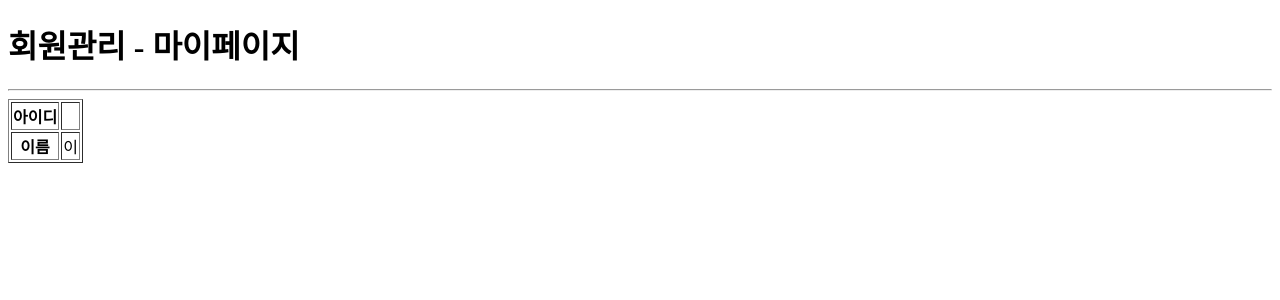
Repository: wona-owo/Spring
Page: http://localhost/00_spring/member/mypage.kh
These files come from the project's save history. The page is drawn as it stood at one moment and after the next save; the edit follows.
The browser window is 1280 px wide. The pictures show the whole page.
The page is served by Tomcat 9. Other server files are loaded and not shown.

Above is the page before, as saved 2024-12-03 05:20:26.

### 00_spring/src/main/webapp/WEB-INF/views/member/mypage.jsp
<%@ page language="java" contentType="text/html; charset=UTF-8"
    pageEncoding="UTF-8"%>
<!DOCTYPE html>
<html>
<head>
<meta charset="UTF-8">
<title>Insert title here</title>
</head>
<body>
	<h1>회원관리 - 마이페이지</h1>

	<hr>

	<table border="1">
		<tr>
			<th>아이디</th>
			<td>${sessionScope.loginMember.memberId}</td>
		</tr>
		<tr>
			<th>이름</th>
			<td>이${loginMember.memberName}</td>
		</tr>
	</table>
</body>
</html>

After the next save:
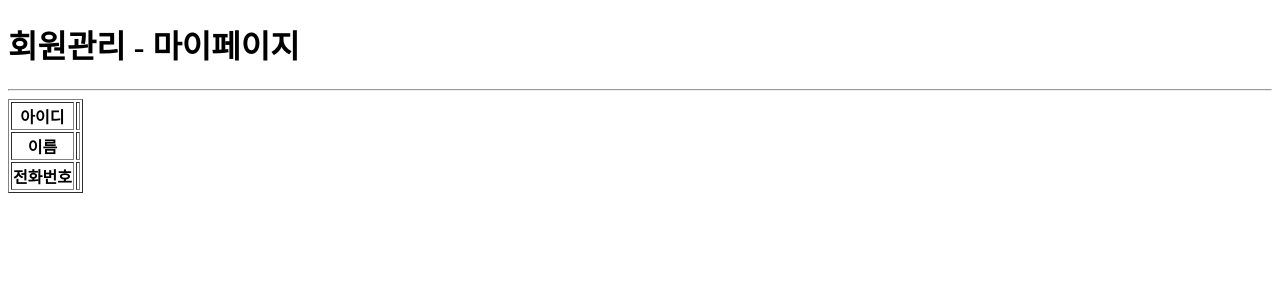
Saved 47 s later.
--- a/00_spring/src/main/webapp/WEB-INF/views/member/mypage.jsp
+++ b/00_spring/src/main/webapp/WEB-INF/views/member/mypage.jsp
@@ -18,7 +18,11 @@
 		</tr>
 		<tr>
 			<th>이름</th>
-			<td>이${loginMember.memberName}</td>
+			<td>${loginMember.memberName}</td>
+		</tr>
+		<tr>
+			<th>전화번호</th>
+			<td>${loginMember.memberPhone}</td>
 		</tr>
 	</table>
 </body>
